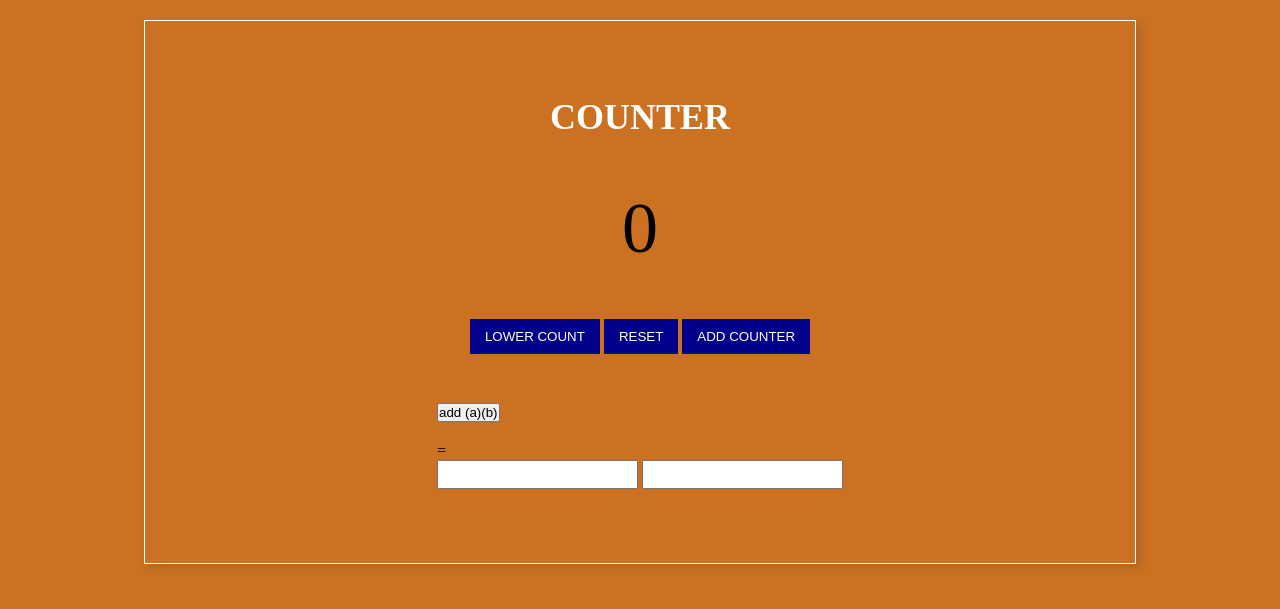
Repository: lusine-tech/counter
Page: index.html
These files come from the project's save history. The page is drawn as it stood at one moment and after the next save; the edit follows.
The browser window is 1280 px wide. The pictures show the whole page.

Above is the page before, as saved 2022-02-14 23:57:09.

After the next save:
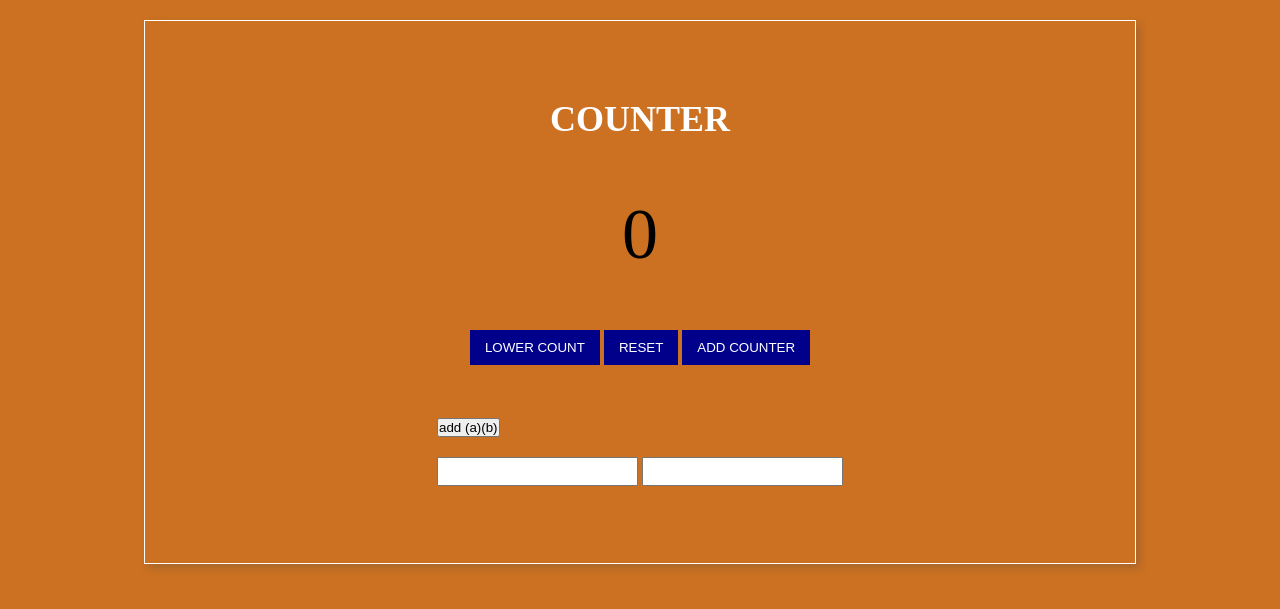
Saved 23 s later.
--- a/index.html
+++ b/index.html
@@ -21,7 +21,7 @@
             </div>
             <div class="inputs">
                 <button class="sum">add (a)(b) </button>
-                <div class="result">=</div>
+                <div class="result"></div>
                 <input type="number" class="left-number">
                 <input type="number" class="right-number">
             </div>
